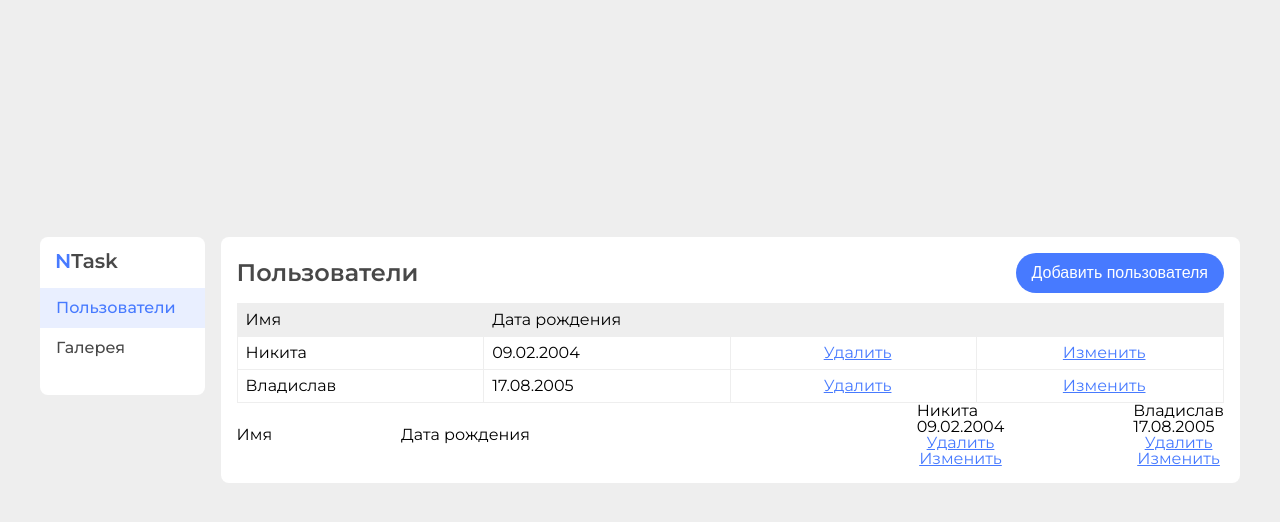
Repository: Grid-Master/NTask
Page: /
An editor plug-in stored every save of this project. The page is shown before and after the next save, followed by the edit.
The browser window is 1280 px wide. The pictures show the whole page.
The project was rebuilt for these pictures with package versions that can differ from the ones it lists, and the page was loaded fresh each time. Also part of the build but not shown: src/components/gallery/gallery.sass, src/components/gallery/Gallery.tsx, src/components/updateUser/updateUser.sass, src/components/updateUser/UpdateUser.tsx.

Above is the page before, as saved 2023-06-09 21:06:16.

### public/index.html
<!DOCTYPE html>
<html lang="en">
  <head>
    <meta charset="utf-8" />
    <link rel="icon" href="%PUBLIC_URL%/favicon.ico" />
    <meta name="viewport" content="width=device-width, initial-scale=1" />
    <meta name="theme-color" content="#000000" />
    <meta name="description" content="Web site created using create-react-app" />
    <link rel="apple-touch-icon" href="%PUBLIC_URL%/logo192.png" />
    <link rel="preconnect" href="https://fonts.googleapis.com" />
    <link rel="preconnect" href="https://fonts.gstatic.com" crossorigin />
    <link
      href="https://fonts.googleapis.com/css2?family=Montserrat:wght@300;400;500;600;700&display=swap"
      rel="stylesheet" />
    <link rel="manifest" href="%PUBLIC_URL%/manifest.json" />
    <title>React App</title>
  </head>
  <body>
    <noscript>You need to enable JavaScript to run this app.</noscript>
    <div id="root"></div>
  </body>
</html>

### src/index.tsx
import React from 'react';
import ReactDOM from 'react-dom/client';
import { Provider } from 'react-redux';
import './index.css';
import App from './App';
import { BrowserRouter } from 'react-router-dom';
import store from './store';

const root = ReactDOM.createRoot(document.getElementById('root') as HTMLElement);
root.render(
  <React.StrictMode>
    <BrowserRouter>
      <Provider store={store}>
        <App />
      </Provider>
    </BrowserRouter>
  </React.StrictMode>,
);

### src/index.css
html, body, div, span, applet, object, iframe,
h1, h2, h3, h4, h5, h6, p, blockquote, pre,
a, abbr, acronym, address, big, cite, code,
del, dfn, em, img, ins, kbd, q, s, samp,
small, strike, strong, sub, sup, tt, var,
b, u, i, center,
dl, dt, dd, ol, ul, li,
fieldset, form, label, legend,
table, caption, tbody, tfoot, thead, tr, th, td,
article, aside, canvas, details, embed,
figure, figcaption, footer, header, hgroup,
menu, nav, output, ruby, section, summary,
time, mark, audio, video {
	margin: 0;
	padding: 0;
	border: 0;
	font-size: 100%;
	font: inherit;
	vertical-align: baseline;
}
/* HTML5 display-role reset for older browsers */
article, aside, details, figcaption, figure,
footer, header, hgroup, menu, nav, section {
	display: block;
}
body {
	line-height: 1;
}
ol, ul {
	list-style: none;
}
blockquote, q {
	quotes: none;
}
blockquote:before, blockquote:after,
q:before, q:after {
	content: '';
	content: none;
}
table {
	border-collapse: collapse;
}
body {
  margin: 0;
  font-family: Montserrat;
  background: #EEEEEE;
;
}
input {
	font-family: Montserrat;
}

#root {
	display: flex;
	align-items: center;
	justify-content: center;
	height: 100vh;
}

code {
  font-family: source-code-pro, Menlo, Monaco, Consolas, 'Courier New',
    monospace;
}

### src/App.tsx
import './App.css';
import { FC, useEffect } from 'react';
import Navbar from './components/navabar/Navbar';
import UserList from './components/userList/UserList';
import { Routes, Route, useNavigate } from 'react-router-dom';
import Gallery from './components/gallery/Gallery';
import UpdateUser from './components/updateUser/UpdateUser';

const App: FC = () => {
  const navigate = useNavigate();
  useEffect(() => {
    navigate('/NTask/users');
  }, []);

  return (
    <div className="App">
      <Navbar />
      <Routes>
        <Route path="/NTask/users" element={<UserList />} />
        <Route path="/NTask/users/:id" element={<UpdateUser />} />
        <Route path="/NTask/gallery" element={<Gallery />} />
        <Route path="*" element={<h1>Error</h1>} />
      </Routes>
    </div>
  );
};

export default App;

### src/store/index.ts
import { configureStore } from '@reduxjs/toolkit';
import usersReducer from './usersSlice';
import galleryReducer from './gallerySlice';

const store = configureStore({
  reducer: { usersReducer, galleryReducer },
});

export default store;

export type RootState = ReturnType<typeof store.getState>;
export type AppDispatch = typeof store.dispatch;

### src/App.css
.App {

  width: 100%;
  display: flex;
  align-items:start;
  gap: 16px;
  max-width: 1200px;
  margin: 0 auto;
}

@media screen and (max-width: 1200px) {
  .App {
    flex-direction: column;
    max-width: 1000px;
  }
}
@media screen and (max-width: 1000px) {
  .App {
    max-width: 600px;
    padding: 16px;
  }
}
@media screen and (max-width: 600px) {
  .App {
    max-width: calc(320px - 32px);
  }
}

### src/components/navabar/Navbar.tsx
import { FC } from 'react';
import './navbar.sass';
import { useNavigate, useLocation } from 'react-router-dom';
const logo = require('../../images/logo.png');

const Navbar: FC = () => {
  const navigate = useNavigate();
  const { pathname } = useLocation();

  return (
    <div className="navbar">
      <div className="navbar__imagecontainer">
        <img src={logo} alt="logo" />
      </div>
      <div
        className={pathname.includes('/users') ? 'navbar__item navbar__active' : 'navbar__item'}
        onClick={() => navigate('/NTask/users')}>
        Пользователи
      </div>
      <div
        className={pathname.includes('/gallery') ? 'navbar__item navbar__active' : 'navbar__item'}
        onClick={() => navigate('/NTask/gallery')}>
        Галерея
      </div>
    </div>
  );
};

export default Navbar;

### src/components/userList/UserList.tsx
import React, { FC } from 'react';
import { useNavigate } from 'react-router-dom';
import './userList.sass';
import { useAppDispatch, useAppSelector } from '../../store/hooks';
import { removeUser } from '../../store/usersSlice';

const UserList: FC = () => {
  const navigate = useNavigate();
  const users = useAppSelector((state) => state.usersReducer.users);
  const dispatch = useAppDispatch();

  const updateHandler = (router: string) => {
    navigate(router);
    window.scrollTo(0, 0);
  };

  const deleteHandler = (id: number) => {
    dispatch(removeUser(id));
  };

  return (
    <div className="userList">
      <div>
        <h1 className="userList__title">Пользователи</h1>
        <button className="userList__addUserBtn" onClick={() => updateHandler('createuser')}>
          Добавить пользователя
        </button>
      </div>
      <table className="userList__table">
        <tr className="userList__table-info">
          <td>Имя</td>
          <td>Дата рождения</td>
          <td></td>
          <td></td>
        </tr>
        {users.map((user) => (
          <tr key={user.id}>
            <td>{user.name}</td>
            <td>{user.date}</td>
            <td className="userList__table-btn" onClick={() => deleteHandler(user.id)}>
              Удалить
            </td>
            <td className="userList__table-btn" onClick={() => updateHandler(`${user.id}`)}>
              Изменить
            </td>
          </tr>
        ))}
      </table>
      <div>
        <div>Имя</div>
        <div>Дата рождения</div>
        <div></div>
        <div></div>
        {users.map((user) => (
          <tr key={user.id}>
            <div>{user.name}</div>
            <div>{user.date}</div>
            <div className="userList__table-btn" onClick={() => deleteHandler(user.id)}>
              Удалить
            </div>
            <div className="userList__table-btn" onClick={() => updateHandler(`${user.id}`)}>
              Изменить
            </div>
          </tr>
        ))}
      </div>
    </div>
  );
};

export default UserList;

### src/store/usersSlice.ts
import { createSlice, PayloadAction } from '@reduxjs/toolkit';
import { users } from '../data/users';

export interface IUser {
  id: number;
  name: string;
  date: string;
}

const usersSlice = createSlice({
  name: 'users',
  initialState: {
    users: [...users] as IUser[],
  },
  reducers: {
    addUser(state, action: PayloadAction<IUser>) {
      state.users.push(action.payload);
    },
    updateUser(state, action: PayloadAction<IUser>) {
      let updateUser = state.users.find((user) => user.id === action.payload.id);
      if (updateUser) {
        updateUser.name = action.payload.name;
        updateUser.date = action.payload.date;
      }
      state.users = state.users.map((user) => (user.id === updateUser?.id ? updateUser : user));
    },
    removeUser(state, action: PayloadAction<number>) {
      state.users = state.users.filter((user) => user.id !== action.payload);
    },
  },
});

export const { removeUser, updateUser, addUser } = usersSlice.actions;

export default usersSlice.reducer;

### src/store/gallerySlice.ts
import { createSlice, PayloadAction } from '@reduxjs/toolkit';

export interface IPhoto {
  id: number;
  isSelected: boolean;
  file: any;
}

const gallerySlice = createSlice({
  name: 'users',
  initialState: {
    photos: [] as IPhoto[],
  },
  reducers: {
    addPhoto(state, action: PayloadAction<IPhoto>) {
      state.photos.unshift(action.payload);
    },
    pickPhoto(state, action: PayloadAction<number>) {
      const pickedPhoto = state.photos.findIndex((photo) => photo.id === action.payload);
      console.log(pickedPhoto, 'picked');
      if (pickedPhoto !== -1) {
        state.photos[pickedPhoto] = {
          ...state.photos[pickedPhoto],
          isSelected: !state.photos[pickedPhoto].isSelected,
        };
      }
    },
    removePhotos(state) {
      state.photos = state.photos.filter((photo) => !photo.isSelected);
    },
  },
});

export const { addPhoto, pickPhoto, removePhotos } = gallerySlice.actions;

export default gallerySlice.reducer;

### src/components/navabar/navbar.sass
.navbar
    width: 200px
    height: 158px
    background: #FFFFFF
    border-radius: 8px
    &__imagecontainer
        padding: 16px 0
        margin-left: 16px
    &__item
        padding: 8px 16px
        cursor: pointer
        font-weight: 500
        font-size: 16px
        line-height: 150%
        color: #484848
        transition: .3s
        &:hover
            color: #477AFF

    &__active
        background: #E9EFFF
        color: #477AFF

@media screen and (max-width: 600px)
    .navbar
        width: 288px
        height: 158px

### src/components/userList/userList.sass
.userList
    width: 100%
    background: #FFFFFF
    border-radius: 8px
    padding: 16px
    >div
        display: flex
        align-items: center
        justify-content: space-between
    &__title
        font-weight: 600
        font-size: 24px
        line-height: 150%
        color: #484848
    &__addUserBtn
        font-weight: 500
        font-size: 16px
        line-height: 100%
        color: #FFFFFF
        background: #477AFF
        border-radius: 20px
        padding: 12px 16px
        border: none
        outline: none
        cursor: pointer
        transition: .3s
        &:hover
            opacity: .8
    &__table
        margin-top: 10px
        // width: 952px
        td
            border: 1px solid #EEEEEE
            width: 238px
            text-align: start
            padding: 8px 0
            padding-left: 8px
        &-btn
            cursor: pointer
            text-decoration-line: underline
            color: #477AFF
            transition: .2s
            text-align: center !important
            &:hover
                opacity: .8
        // tr td:nth-child(2)
        //     width: 3000px
        // tr:first-child td:first-child
        //     border-radius: 8px 0 0 0
        // tr:first-child td:last-child
        //     border-radius: 0 8px 0 0
        // tr:last-child td:first-child
        //     border-radius: 0 0 8px 0
        // tr:last-child td:last-child
        //     border-radius: 0 0 0 8px //??
        &-info
            background-color: #EEEEEE
            border-radius: 8px !important

@media screen and (max-width: 1200px)
    .userList
        width: calc( 100% - 32px )
@media screen and (max-width: 600px)
    .userList
        &__table
            display: block
            overflow-x: scroll
            td
                width: 131px
            &::-webkit-scrollbar
                // width: 4px
                scroll-margin-top: 5px
                height: 4px
                border: 1px solid #d5d5d5
            &::-webkit-scrollbar-track
                border-radius: 0
                background: #eeeeee
            &::-webkit-scrollbar-thumb
                border-radius: 0
                background: #b0b0b0
                cursor: pointer
        >div
            flex-direction: column
            align-items: start
        &__title
            margin-bottom: 10px

### src/store/hooks.ts
import { useDispatch, useSelector, TypedUseSelectorHook } from 'react-redux';
import type { RootState, AppDispatch } from '../store';

export const useAppDispatch = () => useDispatch<AppDispatch>();
export const useAppSelector: TypedUseSelectorHook<RootState> = useSelector;

### src/data/users.ts
import { IUser } from '../store/usersSlice';

export const users: IUser[] = [
  {
    id: 1,
    name: 'Никита',
    date: '09.02.2004',
  },
  {
    id: 2,
    name: 'Владислав',
    date: '17.08.2005',
  },
];

After the next save:
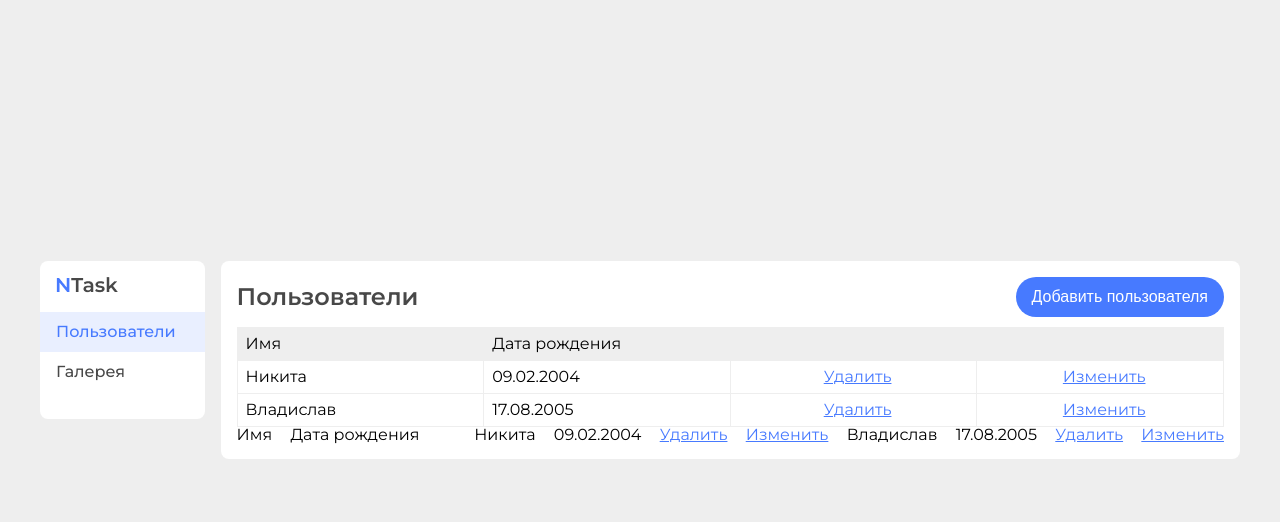
Saved 54 s later.
--- a/src/components/userList/UserList.tsx
+++ b/src/components/userList/UserList.tsx
@@ -52,7 +52,7 @@ const UserList: FC = () => {
         <div></div>
         <div></div>
         {users.map((user) => (
-          <tr key={user.id}>
+          <>
             <div>{user.name}</div>
             <div>{user.date}</div>
             <div className="userList__table-btn" onClick={() => deleteHandler(user.id)}>
@@ -61,7 +61,7 @@ const UserList: FC = () => {
             <div className="userList__table-btn" onClick={() => updateHandler(`${user.id}`)}>
               Изменить
             </div>
-          </tr>
+          </>
         ))}
       </div>
     </div>
